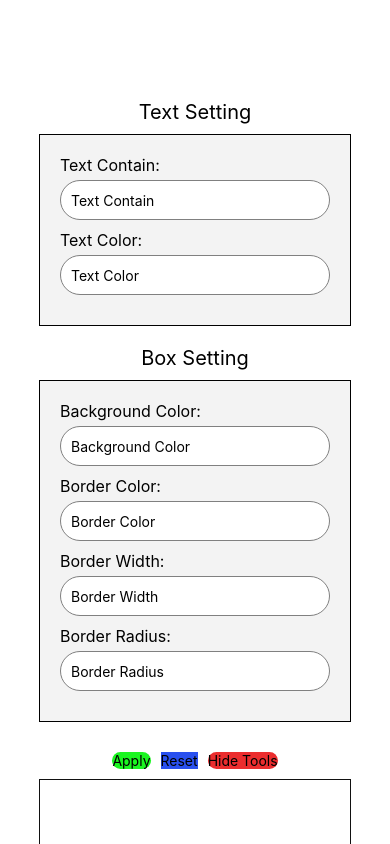
Repository: amirjavadikia/mobile-projectg
Screen: /
These files come from the project's save history. The screen is drawn as it stood at one moment and after a run of saves; the edit follows.
The app was drawn by React Native's web renderer in a window 390 px wide. The project was rebuilt for these pictures with package versions that can differ from the ones it lists, and the page was loaded fresh each time.

Above is the screen before, as saved 2024-05-14 22:15:17.

After the next 2 saves:
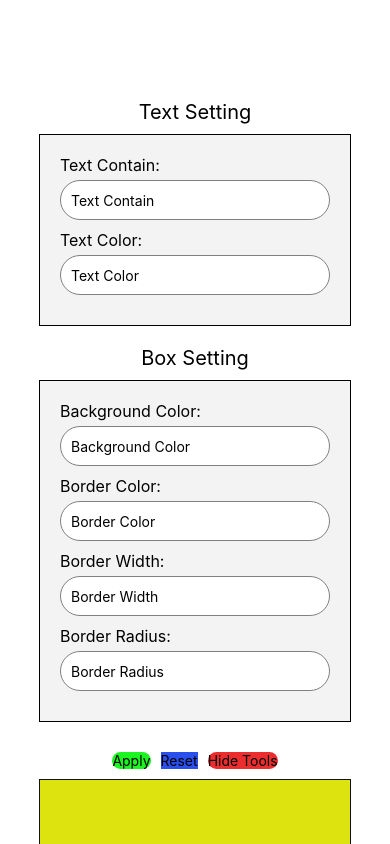
The 2 saves are shown as one change because they came seconds apart.
The last was saved 14 s later.
--- a/App.tsx
+++ b/App.tsx
@@ -238,7 +238,7 @@ const App = () => {
               <Text>{showTools ? "Hide Tools" : "Show Tools"}</Text>
             </TouchableOpacity>
             </View>
-        <View style={[styles.box, { backgroundColor: applyChanges ? newBackgroundColor : '#fff', borderRadius: applyChanges ? parseInt(newBorderRadius) || 0 : 0, borderWidth: applyChanges ? parseInt(newBorderWidth) || 1 : 1, borderColor: applyChanges ? newBorderColor : "#111" }]}>
+        <View style={[styles.box, { backgroundColor: applyChanges ? newBackgroundColor : '#dde30f', borderRadius: applyChanges ? parseInt(newBorderRadius) || 0 : 0, borderWidth: applyChanges ? parseInt(newBorderWidth) || 1 : 1, borderColor: applyChanges ? newBorderColor : "#111" }]}>
           <Text style={[styles.boxText, {color: applyChanges ? newTextColor : ''}]}>{text}</Text>
         </View>
       </View>
